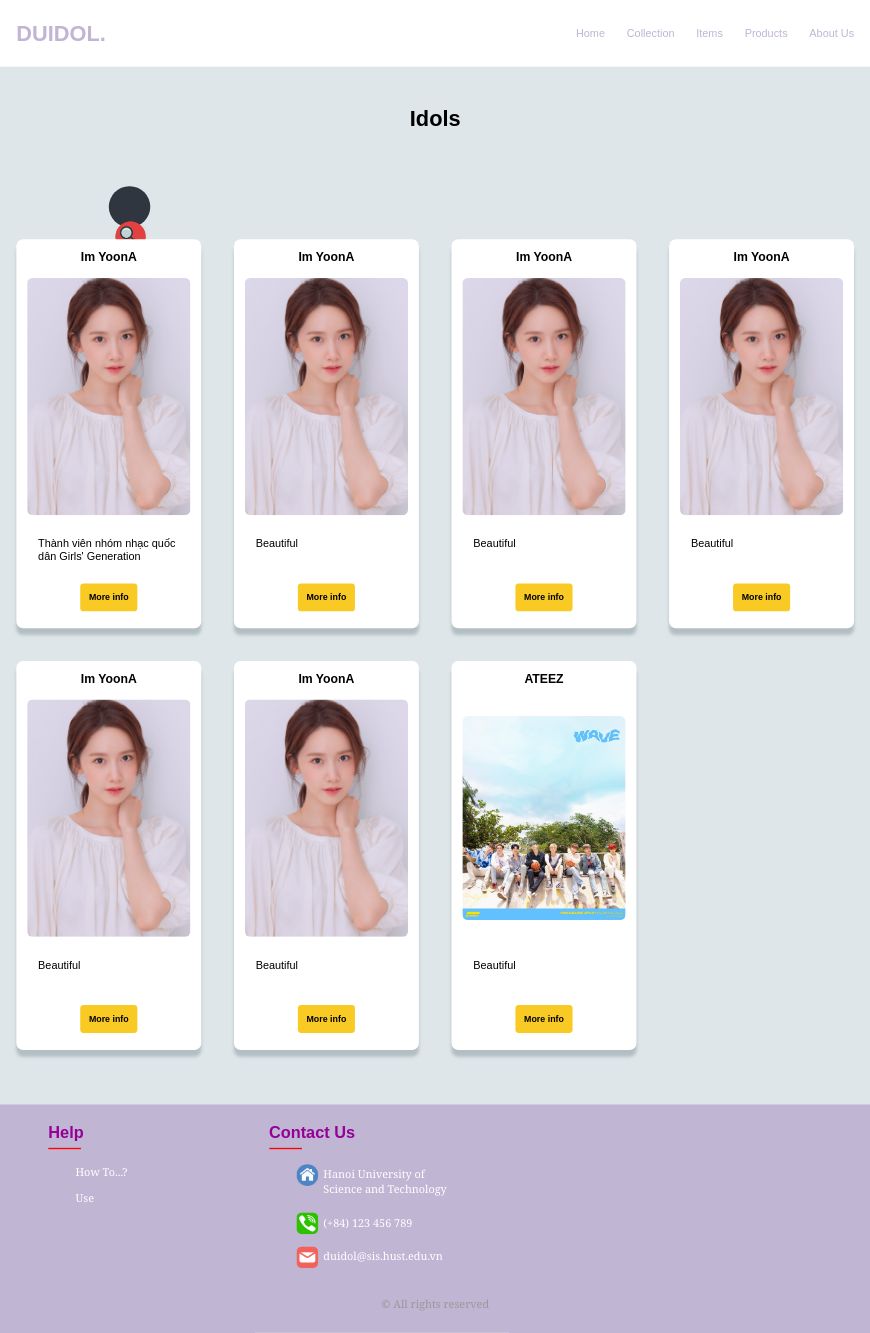
Repository: hangvtt183524/Cong_nghe_Web_va_dich_vu_truc_tuyen_20202
Page: ProjectWeb/src/View/html/idol_list.html
An editor plug-in stored every save of this project. The page is shown before and after the next save, followed by the edit.
The browser window is 1280 px wide. The pictures show the whole page, at 68% of full size.

Above is the page before, as saved 2021-05-06 18:10:54.

After the next save:
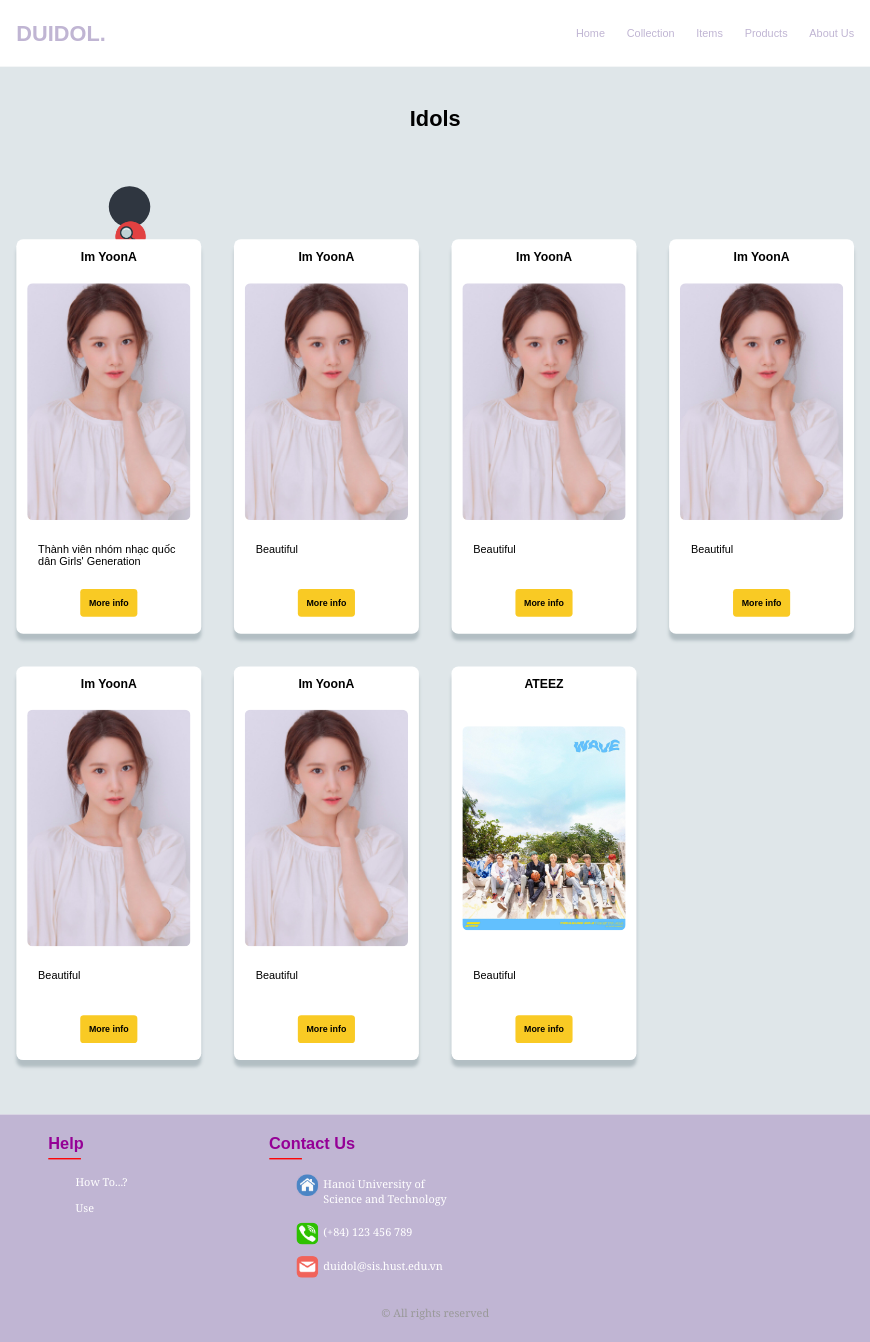
Saved 6 s later.
--- a/ProjectWeb/src/View/css/idol_list.css
+++ b/ProjectWeb/src/View/css/idol_list.css
@@ -99,7 +99,7 @@
 .card .name {
 	font-size: 18px;
 	font-weight: bold;
-	padding-bottom: 1em;
+	padding-bottom: 1.4em;
 }
 
 .card .image {
